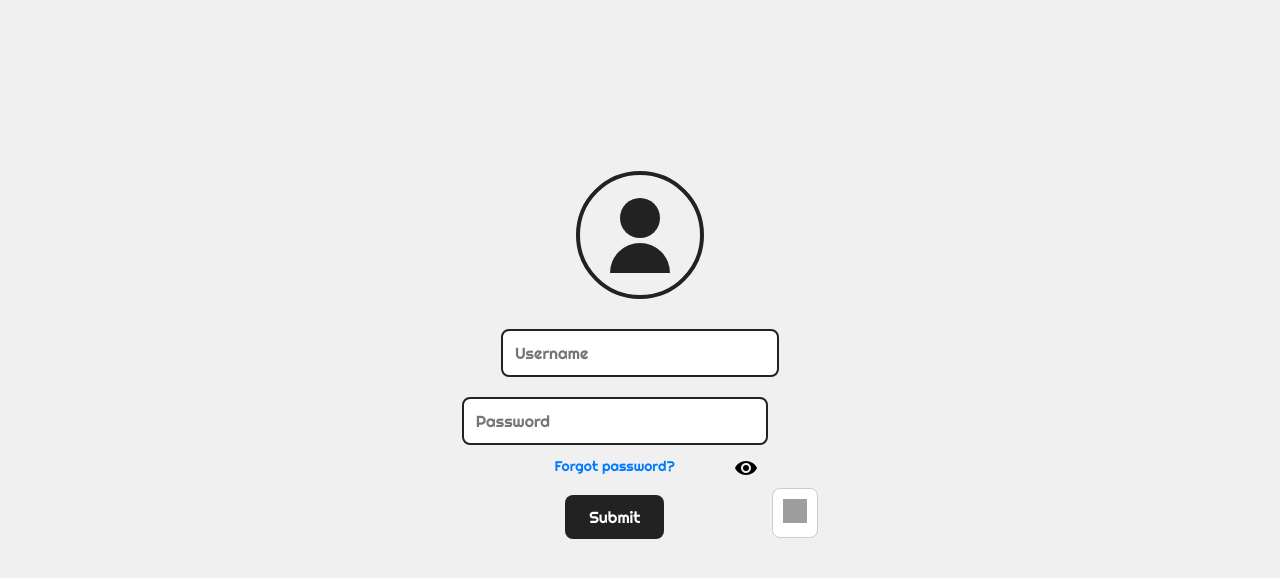
Repository: saifg123/Peer
Page: signin.html
These files come from the project's save history. The page is drawn as it stood at one moment and after the next save; the edit follows.
The browser window is 1280 px wide. The pictures show the whole page.
Pictures or frames that could not be fetched are drawn as grey boxes.

Above is the page before, as saved 2025-05-06 18:43:18.
Console error: ReferenceError: initializeApp is not defined

After the next save:
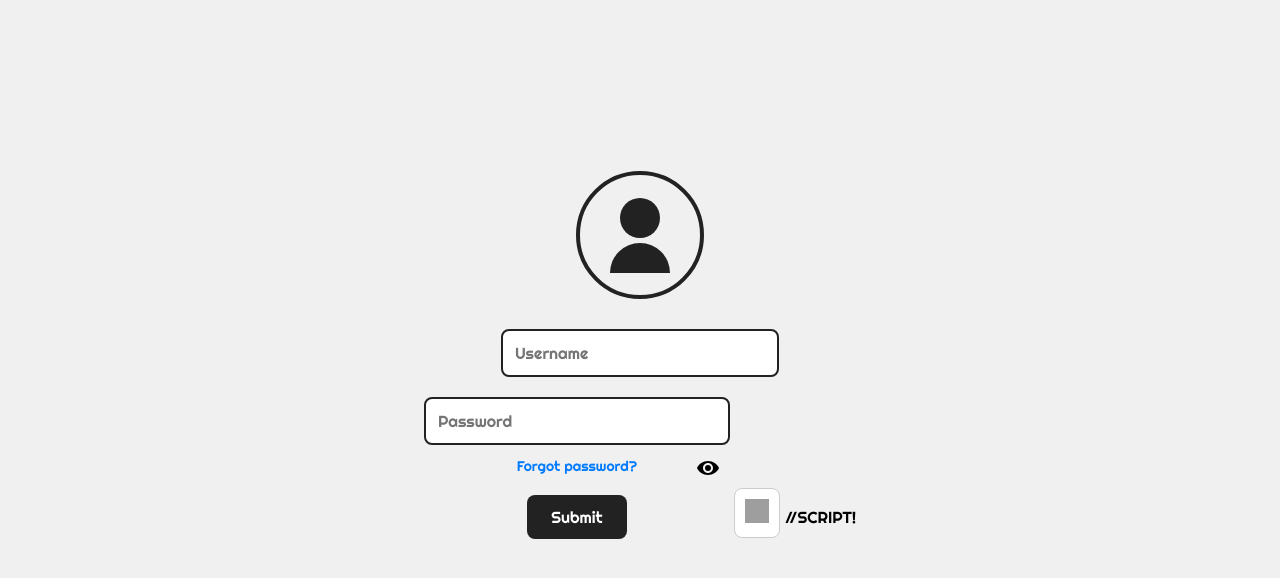
Saved 10 s later.
--- a/signin.html
+++ b/signin.html
@@ -198,7 +198,7 @@
     <img src="https://developers.google.com/identity/images/g-logo.png" alt="Sign in with Google" style="width:24px; height:24px;"/>
   </button>
 
-
+//SCRIPT!
 
   <script>
     const passwordInput = document.getElementById('passwordInput');

After the 3 saves that followed:
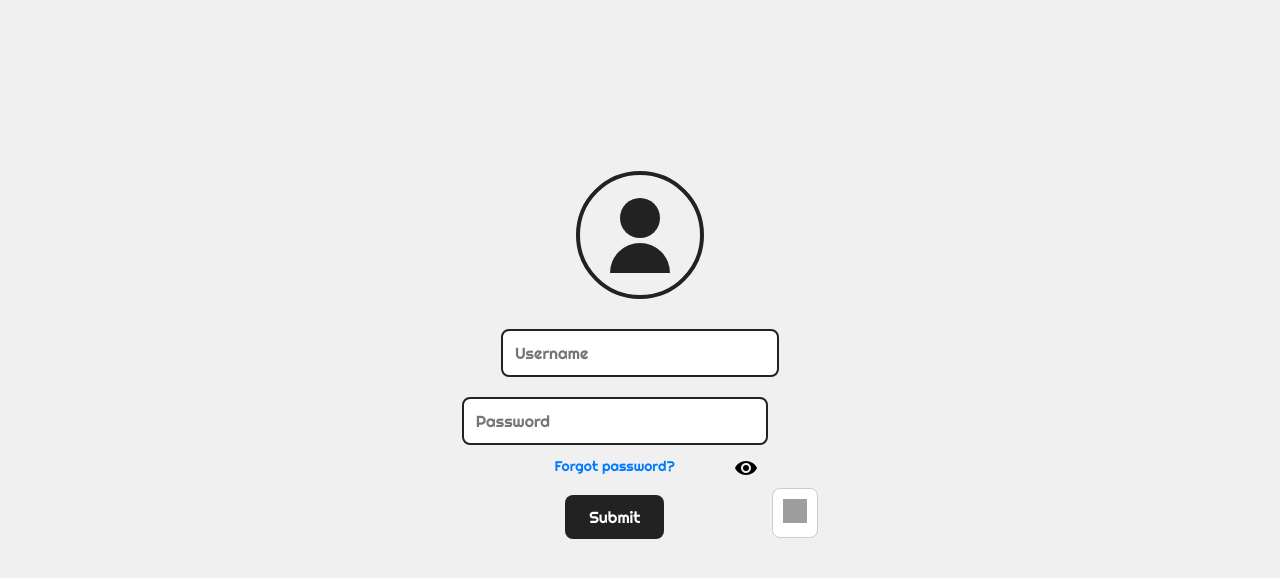
The 3 saves are shown as one change because they came seconds apart.
The last was saved 11 s later.
--- a/signin.html
+++ b/signin.html
@@ -197,9 +197,6 @@
   <button id="googleSignInBtn" class="submit-btn" style="margin-top: 20px; background-color: #fff; border: 1px solid #ccc; padding: 10px;">
     <img src="https://developers.google.com/identity/images/g-logo.png" alt="Sign in with Google" style="width:24px; height:24px;"/>
   </button>
-
-//SCRIPT!
-
   <script>
     const passwordInput = document.getElementById('passwordInput');
     const eyeOpen = document.getElementById('eyeOpen');
